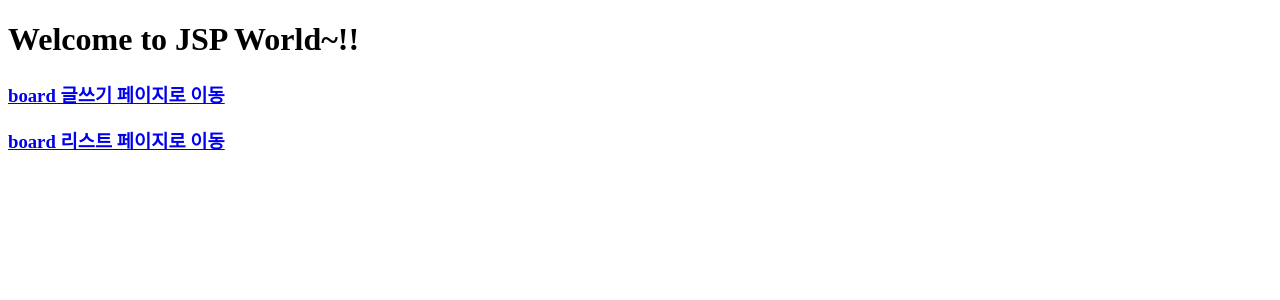
Repository: csk3830/jsp
Page: http://localhost/jsp_study/
An editor plug-in stored every save of this project. The page is shown before and after the next save, followed by the edit.
The browser window is 1280 px wide. The pictures show the whole page.
The page is served by Tomcat 9. Other server files are loaded and not shown.

Above is the page before, as saved 2024-10-25 01:49:44.

### jsp_study/src/main/webapp/index.jsp
<%@ page language="java" contentType="text/html; charset=UTF-8"
    pageEncoding="UTF-8"%>
<!DOCTYPE html>
<html>
<head>
<meta charset="UTF-8">
<title>Insert title here</title>
</head>
<body>
	<h1>Welcome to JSP World~!!</h1>

	<!-- jsp의 모든 경로는 controller로 이동하게 해야 함. -->
	<h3><a href="/brd/register">board 글쓰기 페이지로 이동</a></h3>
	<h3><a href="/brd/list">board 리스트 페이지로 이동</a></h3>
</body>
</html>

After the next save:
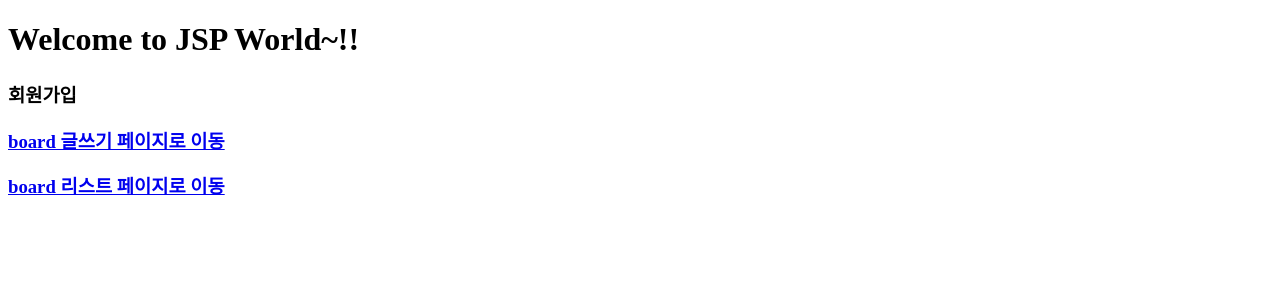
Saved 23 s later.
--- a/jsp_study/src/main/webapp/index.jsp
+++ b/jsp_study/src/main/webapp/index.jsp
@@ -8,6 +8,7 @@
 </head>
 <body>
 	<h1>Welcome to JSP World~!!</h1>
+	<h3><a>회원가입</a></h3>
 
 	<!-- jsp의 모든 경로는 controller로 이동하게 해야 함. -->
 	<h3><a href="/brd/register">board 글쓰기 페이지로 이동</a></h3>
